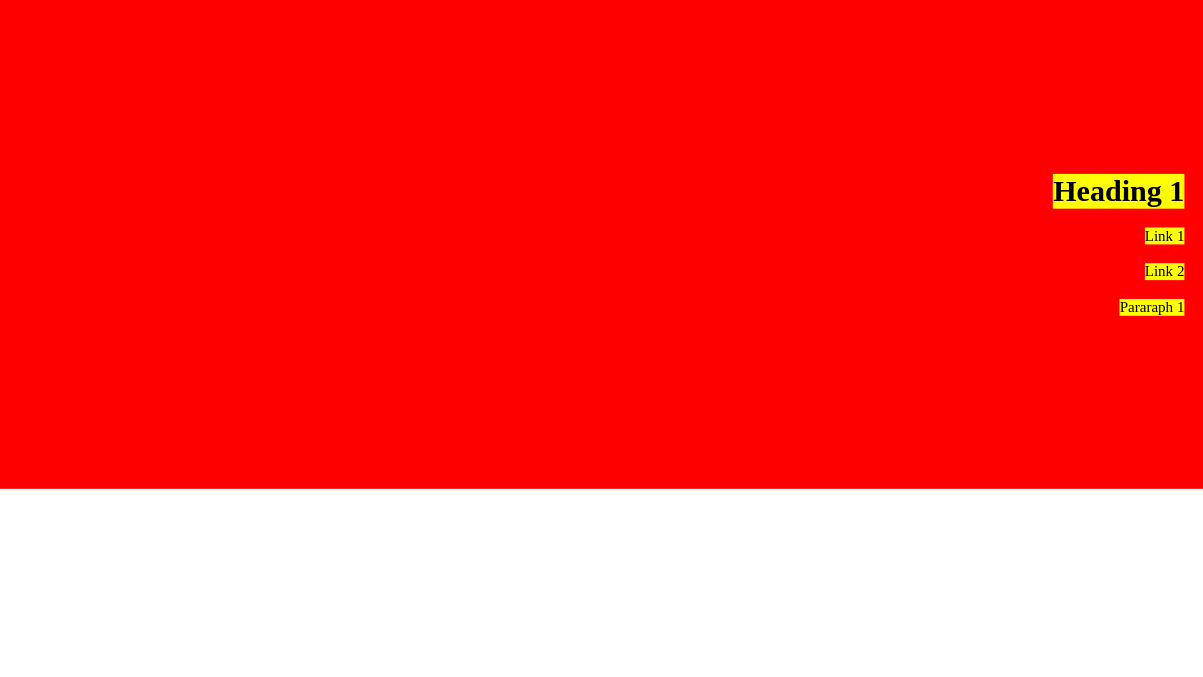
Repository: itz-mohanmadhav-18/Full-stack
Page: Html+css/day-3/flexbox.html
These files come from the project's save history. The page is drawn as it stood at one moment and after the next save; the edit follows.
The browser window is 1280 px wide. The pictures show the whole page, at 94% of full size.

Above is the page before, as saved 2024-06-14 12:43:10.

After the next save:
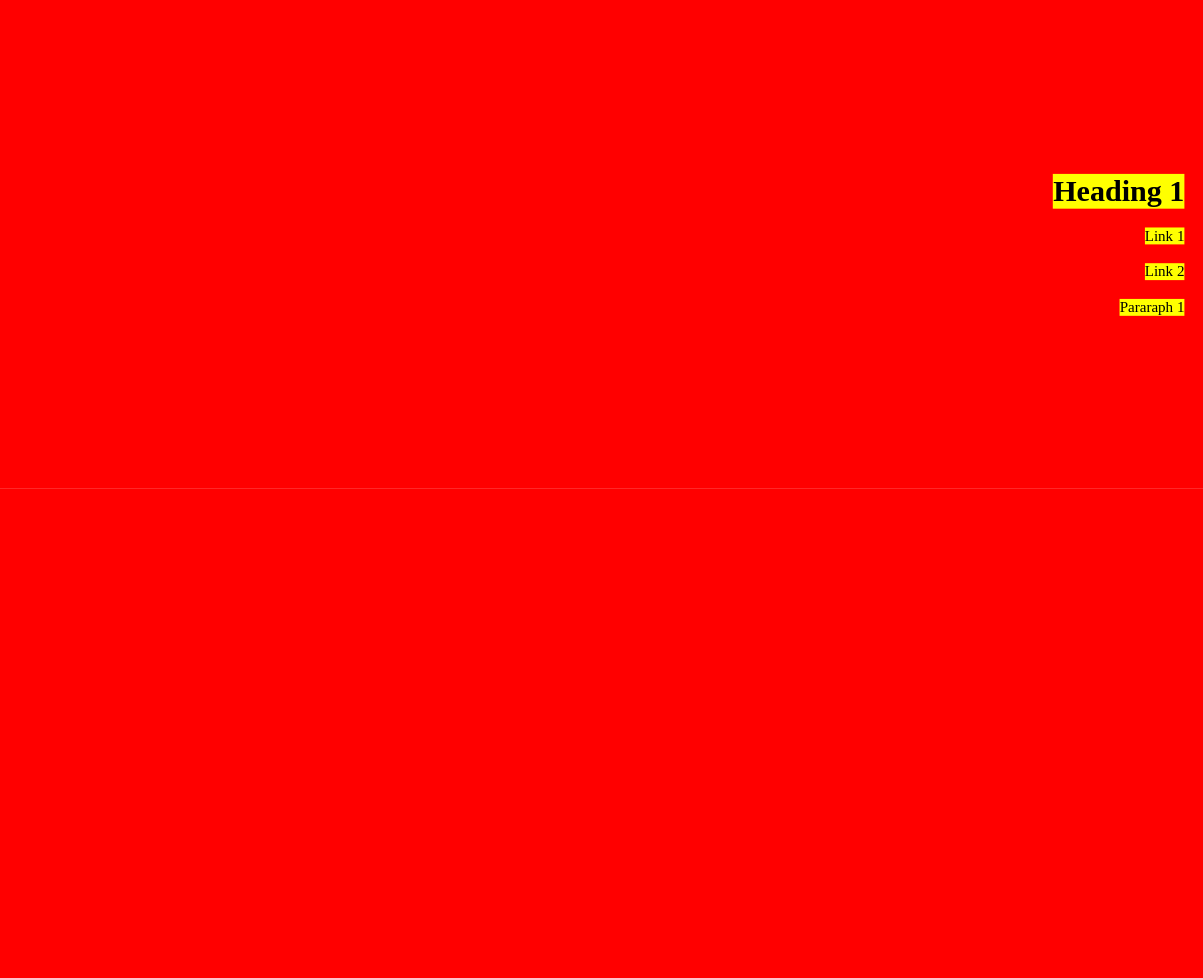
Saved 8 min 19 s later.
--- a/Html+css/day-3/flexbox.html
+++ b/Html+css/day-3/flexbox.html
@@ -13,5 +13,10 @@
       <a>Link 2</a>
       <p>Pararaph 1</p>
     </div>
+    <div>
+        <p></p>
+        <p></p>
+        <p></p>
+    </div>
   </body>
 </html>
